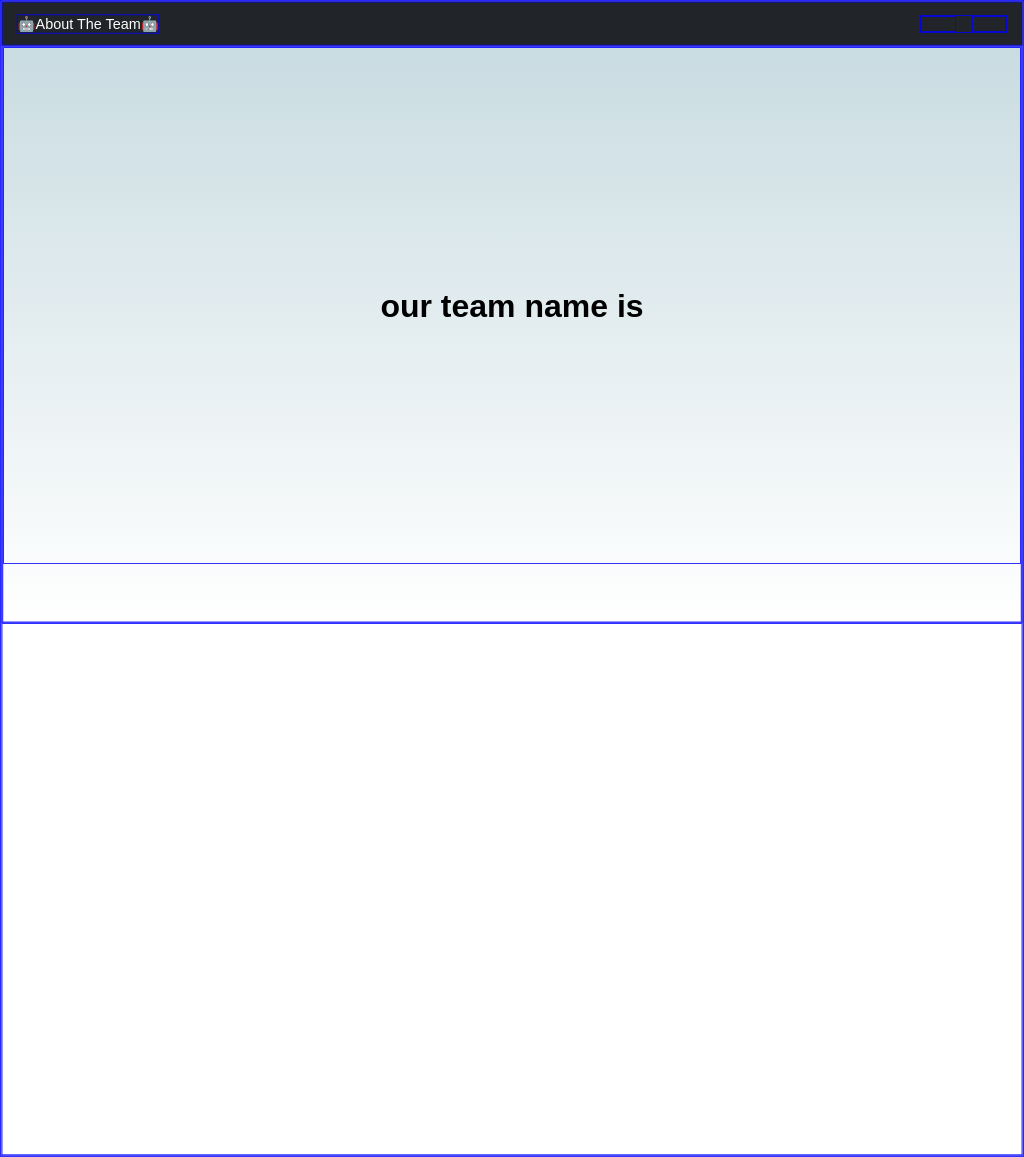
Repository: ammarsetiawan/gps-traker
Page: about.html
An editor plug-in stored every save of this project. The page is shown before and after a run of saves, followed by the edit.
The browser window is 1280 px wide. The pictures show the whole page, at 80% of full size.

Above is the page before, as saved 2025-11-25 17:12:20.

### about.html
<!DOCTYPE html>
<html lang="en">

<head>
    <meta charset="UTF-8">
    <meta name="viewport" content="width=device-width, initial-scale=1.0">
    <title>GPS Tracking</title>
    <link rel="stylesheet" href="https://unpkg.com/leaflet/dist/leaflet.css" />


</head>
<style>
    * {
        margin: 0;
        padding: 0;
        box-sizing: border-box;
        font-family: Arial, sans-serif;
        border: blue 1px solid;
    }

    body {
        background: #fff;
    }

    /* NAVBAR */
    nav {
        background-color: #212529;
        height: 55px;
        display: flex;
        align-items: center;
        padding: 0 18px;
        position: relative;
    }

    nav .brand {
        font-size: 18px;
        font-weight: 500;
        color: white;
    }

    nav ul {
        list-style: none;
        display: flex;
        gap: 20px;
        margin-left: auto;
    }

    nav ul li a {
        text-decoration: none;
        color: rgba(255, 255, 255, 0.8);
        font-size: 15px;
        transition: .2s;
        opacity: 0;
    }

    nav ul li a:hover {
        color: white;
        opacity: 1;
    }

    /* ----- style page ----- */

    .background {
        background: linear-gradient(to bottom, rgba(73, 136, 155, 0.295), rgba(92, 92, 88, 0));
        width: 100%;
        height: 100dvh;
    }

    .container {
        height: 90%;
        display: flex;
        justify-content: center;
        align-items: center;
        font-size: 40px;
        font-weight: bold;
        fos
    }

    #menuBtn {
        display: none;
        margin-left: auto;
        background: transparent;
        border: 1px solid rgba(255, 255, 255, 0.5);
        padding: 6px 10px;
        border-radius: 6px;
        cursor: pointer;
    }

    #menuBtn div {
        width: 18px;
        height: 2px;
        background: white;
        margin: 4px 0;
        transition: .3s;

    }

    /* ----- Responsive menu collapse ----- */
    @media (max-width: 768px) {
        nav ul {
            position: absolute;
            top: 55px;
            right: 0;
            background: #212529;
            width: 160px;
            flex-direction: column;
            padding: 10px;
            display: none;
            border-bottom-left-radius: 10px;
        }

        #menuBtn {
            display: block;

        }
    }

    /* Map area (placeholder section) */
    #content {
        height: calc(100vh - 55px);
        width: 100%;
        background: white;
    }
</style>

<body>

    <nav>
        <h2 class="brand">🤖About The Team🤖 </h2>

        <button id="menuBtn">
            <div></div>
            <div></div>
            <div></div>
        </button>

        <ul id="menu">
            <li><a href="index.html">Home</a></li>
            <li><a href="#">About</a></li>
        </ul>
    </nav>
    <section class="bg">
        <div class="background">
            <div class="container">
                our team name is
            </div>
        </div>
    </section>

    <div id="content"></div> <!-- ini nanti bisa jadi map atau konten lain -->

    <script>
        const btn = document.getElementById("menuBtn");
        const menu = document.getElementById("menu");
        let open = false;

        btn.addEventListener("click", () => {
            open = !open;
            menu.style.display = open ? "flex" : "none";
            menu.style.opacity = "0.8";
            menu.style.transition = "ease-in-out 1s"
        });
    </script>

</body>

</html>

After the next 6 saves:
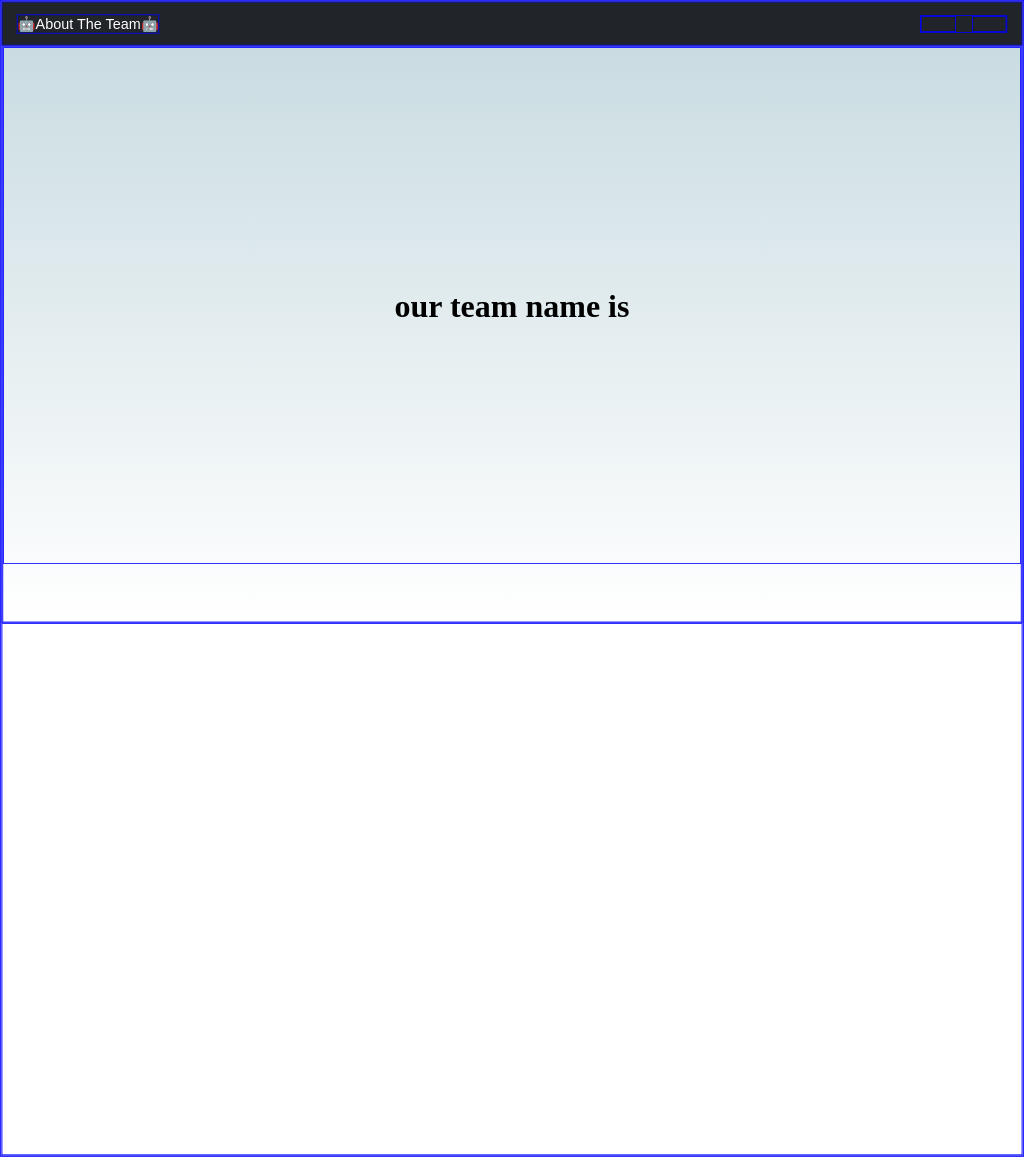
The 6 saves are shown as one change because they came seconds apart.
The last was saved 10 s later.
--- a/about.html
+++ b/about.html
@@ -73,7 +73,7 @@
         align-items: center;
         font-size: 40px;
         font-weight: bold;
-        fos
+        font-family: commic;
     }
 
     #menuBtn {
